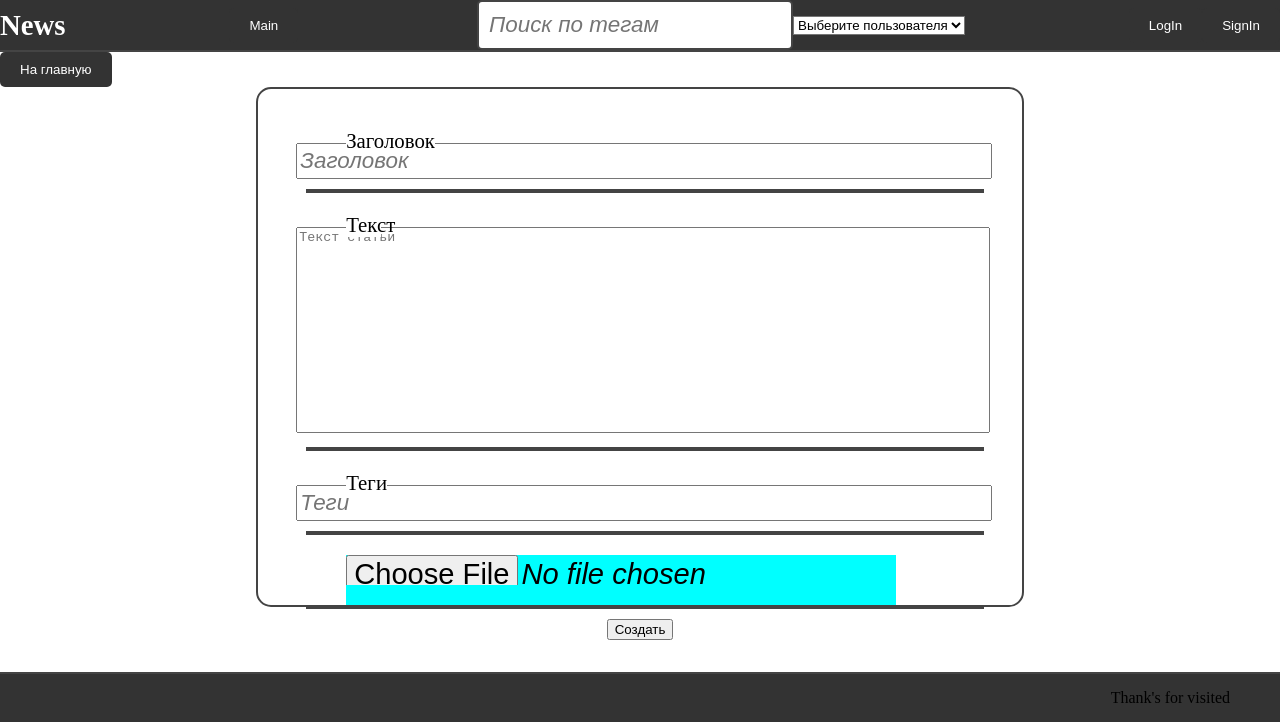
Repository: Igor-Blazhko/news_frontend
Page: /CreatePost
The author's editor kept a copy of each file at every save. The page is drawn from the files as they stood at one save, then again after the next save.
The browser window is 1280 px wide. The pictures show the whole page.
The project was rebuilt for these pictures with package versions that can differ from the ones it lists, and the page was loaded fresh each time. Also part of the build but not shown: vite.config.ts, src/components/allPost/onePost/onePost.module.css, src/components/allPost/onePost/onePost.tsx, src/components/allPost/allPost.tsx, src/components/auth/logIn/login.module.css, src/components/auth/logIn/login.tsx, src/components/auth/register/register.tsx, src/components/pageOnePost/comments/comment.tsx and 2 more.

Above is the page before, as saved 2024-07-15 16:47:37.

### src/App.tsx
import Header from './components/header/header'
import AllPost from './components/allPost/allPost'
import Footer from './components/footer/footer'
import LogIn from './components/auth/logIn/login'
import { Page } from './types'
import SignIn from './components/auth/register/register'
import { BrowserRouter, Route, Routes } from 'react-router-dom'
import OnePost from './components/pageOnePost/OnePost'
import { Provider } from 'react-redux'
import { store } from './store'
import { QueryClient, QueryClientProvider } from '@tanstack/react-query'
import CreatePost  from './components/createPost/createPost'



const queryClient = new QueryClient();

function App() {

  return (
    <Provider store={store}>
      <QueryClientProvider client={queryClient}>
        <BrowserRouter>
        <Header></Header>
          <Routes>
            <Route path="*" element ={ <AllPost/> }/>
            <Route path={Page.LogIn} element ={ <LogIn/> }/>
            <Route path={Page.SignIn} element ={ <SignIn/> }/>
            <Route path={Page.CreatePost} element ={ <CreatePost/> }/>
            <Route path={Page.OnePost+'/:id'} element ={ <OnePost/> }/>
          </Routes>
        <Footer></Footer>
        </BrowserRouter>
      </QueryClientProvider>
    </Provider>
  )
}

export default App

### src/index.css
body{
  margin: 0;
  padding: 0;
  width: 100vw;
  min-height: 100vh;
  overflow-x: hidden;
}

main{
  min-height: calc(100vh - 100px);
}

### src/components/header/header.tsx

import { Link } from 'react-router-dom';
import Button from '../simplyComponents/button/button';
import styles from './header.module.css'
import ButtonAuth  from './buttonAuth/buttonAuth';
import Filter from './filter/filter';


export default function Header() {
        return (
        <header className={styles.header}>
            <div className={styles.logo}>
                News
            </div>
            <nav>
                <Link to="">
                    <Button>Main</Button>
                </Link>
            </nav>
            <Filter/>
            <ButtonAuth/>
        </header>
    )
}

### src/components/footer/footer.tsx
import { Link } from 'react-router-dom'
import styles from './footer.module.css'
import { Page } from '../../types'
import Button from '../simplyComponents/button/button'
import { useSelector } from 'react-redux'
import { States } from '../../store'

export default function Footer(){
    const JWT = useSelector( (state:States) => state.JWT)
    return(
        <footer className={styles.footer}>
            {
            JWT &&
            <Link to={'/'+Page.CreatePost}>
                <Button>Создать пост</Button>
            </Link>
            }

            <div className={styles.text}>Thank's for visited</div>
        </footer>
    )
}

### src/types.ts
export const enum Page {
    LogIn = 'LogIn',
    SignIn = 'SignIn',
    AllPost = 'AllPost',
    OnePost = 'OnePost',
    CreatePost = 'CreatePost',
}

export class ObjectToken {
    private readonly access_token:string;
    constructor(access_token:string){
        this.access_token = access_token;
    }
}

export class HTTPExeption{
    private readonly response:string;
    private readonly status:number;
    private readonly message:string;
    private readonly name:string;
    constructor(response:string, status:number, message:string, name:string){
        this.response = response;
        this.status = status;
        this.message = message;
        this.name = name;
    }
}

### src/store.ts
import { createStore } from '@reduxjs/toolkit'
import cooks from './basefunction';

export interface States{
  tagfilter: string[],
  userfilter: number,
  JWT:string|undefined,
  location: string,
}

const defaultState:States = {
  tagfilter: [],
  userfilter: 0,
  JWT: cooks.getJWT(),
  location: '*',
}

type Action = {
  type:string,
  buffer?:string,
  userId?:number,
  JWT?:string,
}
const reducer = (state = defaultState, action:Action) => {
  switch (action.type){
    case 'Filter':
      if (( 'buffer' in action) && (action.buffer !== undefined)) {
        const arr = action.buffer.split(' ');
        state = {...state,
          tagfilter: arr,
        }
      }
      return state;
    case 'setUserFilter':
      if (( 'userId' in action) && (action.userId !== undefined)) {
        state = {...state,
          userfilter: action.userId,
        }
      }
      return state
    case 'SetJWT':
      if ( ('JWT' in action) && (action.JWT !== undefined) ){
        state = {...state,
          JWT: action.JWT,
        }
        cooks.LogIn(action.JWT)
      // document.cookie = `JWT_token=${action.JWT}`
      }
      return state;
    case 'DelJwt':
      state = {
        ...state,
        JWT:'',
      }
      cooks.LogOut()
      return state;
    case 'setLocation':
      state = {
        ...state,
        location: location.pathname,
      }
      return state;
    case 'dropLocation':
      state = {
        ...state,
        location: '*',
      }
      return state;
    default:
      return state;
  }
}

export const store = createStore(reducer)

### src/components/createPost/createPost.tsx
import { Link } from "react-router-dom";
import { Page } from "../../types";
import Button from "../simplyComponents/button/button";
import SERVER from "../../dataServer";
import styles from "./createPost.module.css"

export default function CreatePost(){

    return (
        <main>
            <Link to={'/'}>
                <Button>На главную</Button>
            </Link>
            <div>
                <form action={SERVER.POST.News.create} method="post" className={styles.form}>
                    <div className={styles.article}>
                        <label htmlFor="article" className={styles.article} >Заголовок</label>
                        <input type="text" name="article" maxLength={254} placeholder="Заголовок" className={styles.article}/>
                    </div>
                    <div className={styles.text}>
                        <div className={styles.label}>Текст</div>
                        <textarea name="text" placeholder="Текст статьи" className={styles.text}/>
                    </div>
                    <div className={styles.tags}>
                        <label htmlFor="tags" className={styles.tags}>Теги</label>
                        <input type="text" name="tags" placeholder="Теги"  className={styles.tags}/>
                    </div>
                    <div className={styles.file}>
                        <label htmlFor="file" className={styles.file}>
                            <input type="file" name="file" className={styles.file}/>
                        </label>
                    </div>
                    <button type="submit" className={styles.btn}>Создать</button>
                </form>
            </div>
        </main>

    )
}

### src/components/simplyComponents/button/button.tsx
import { MouseEventHandler, ReactNode } from 'react'
import styles from './button.module.css'
type Button = {
    text?:string,
    children?:ReactNode
    onClick?:MouseEventHandler<HTMLButtonElement>
}

export default function Button(props:Button){

    return(
        <button className={styles.button} onClick={props.onClick}>{props.children}</button>
    )
}

### src/components/header/header.module.css
header {
    background-color: #333;
    display: flex;
    justify-content: space-between;
    align-items: center;
    border-bottom: 2px solid #444;
    box-sizing: border-box;
    min-height: 50px;
}

.logo {
    font-size: 1.8em;
    font-weight: bold;
    color: #fff;
}



  .filter {
    display: flex;
    align-items: center;
  }

  .filter input,
  .filterselect {
    padding: 8px 10px;
    margin-left: 15px;
    border: 2px solid #444;
    border-radius: 5px;
    transition: border-color 0.3s ease;
  }

  .filter input:focus,
  .filter select:focus {
    border-color: #888;
  }

  .filter select {
    background-color: #fff;
}

### src/components/header/buttonAuth/buttonAuth.tsx
import { useDispatch, useSelector } from "react-redux"
import { States } from "../../../store"
import cooks from "../../../basefunction";
import Button from "../../simplyComponents/button/button";
import { Link } from "react-router-dom";
import { Page } from "../../../types";

export default function ButtonAuth(){

    const JWT = useSelector( (state:States) => state.JWT);
    const dispatch = useDispatch();

    function LogOut(){
        dispatch({
            type: 'DelJwt',
        })
    }

    return (
        <>
            {
                JWT?
                <div className="auth">
                    <Button onClick={LogOut}>LogOut</Button>
                </div>
                :
                <div className="auth">
                    <Link to={Page.LogIn}>
                        <Button>LogIn</Button>
                    </Link>
                    <Link to={Page.SignIn}>
                        <Button>SignIn</Button>
                    </Link>
                </div>
                }
        </>
    )
}

### src/components/header/filter/filter.tsx

import { useEffect, useState } from 'react'
import { User } from '../../pageOnePost/types/types'
import styles from '../header.module.css'
import { useDispatch } from 'react-redux'

export default function Filter(){
    const [users, setUsers] = useState([ {
        id: 1,
        name: 'igor',
        sername: 'Blazhko',
        login: 'user1',
    }])
    const [change, setChange] = useState(false)
    const dispatch = useDispatch()

    useEffect(() => {
        const users = [
            {
                id: 1,
                name: 'igor',
                sername: 'Blazhko',
                login: 'user1',
            },
            {
                id: 2,
                name: 'igor',
                sername: 'Tokin',
                login: 'user2',
            },
            {
                id: 3,
                name: 'igor',
                sername: 'Lankin',
                login: 'user3',
            },
        ];
        setUsers(users);
        // setLog(JWT)
    },[])

    function changeFilter(event:React.ChangeEvent<HTMLInputElement>){
        dispatch({
            type:'Filter',
            buffer: event.target.value,
        })
    }

    function changeUser(event) {
        dispatch({
            type:'setUserFilter',
            userId: +event.target.value,
        })
        if ( +event.target.value ) setChange(true)
        else setChange(false)
    }

    return (
            <div className={styles.filter}>
                <input type="text" placeholder="Поиск по тегам" onChange={changeFilter}/>
                <select onChange={changeUser} defaultValue="option0">
                    <option value="0">
                        { change? 'Cбросить фильтрацию': 'Выберите пользователя'}
                    </option>
                    {
                        users.map((user:User)=> <option key = {user.id} value={user.id}>{user.name} {user.sername}</option>)
                    }
                </select>
            </div>
    )
}

### src/components/allPost/allPost.module.css

main {
    display: flex;
    flex-direction: column;
    row-gap: 25px;
  }

### src/dataServer.ts


const SERVER = {
    base: 'http://192.168.3.37:5000/',
    POST: {
        register: 'http://127.0.0.1:5000/auth/registration',
        login: 'http://127.0.0.1:5000/auth/login',
        comments: {
            createCom: 'http://127.0.0.1:5000/comments',
        },
        News: {
            create: 'http://127.0.0.1:5000/news',
        }
    },
    GET: {
        allNews: 'http://127.0.0.1:5000/news',
        oneNews: 'http://127.0.0.1:5000/news?id=',
        getAllCommentByPostId: 'http://127.0.0.1:5000/comments?id=',
    }
}
export default SERVER;

### src/components/footer/footer.module.css
footer {
    width: 100vw;
    background-color: #333;
    min-height: 50px;
    border-top: 2px solid #444;
    display: flex;
    justify-content: flex-end;
    align-items: center;
    box-sizing: border-box;
}

.text{
    margin-right: 50px;
}

### src/components/pageOnePost/OnePost.module.css
main{
  display: block;
}
.post_content_full {
    display: flex;
    flex-direction: column;
    align-items: center;
    text-align: center;
    animation: slideIn 0.5s ease-in-out;
  }

  .post_image {
    width: 150px;
    height: 150px;
    margin-bottom: 20px;
  }

  .post_title_full {
    font-size: 2em;
    margin-bottom: 20px;
  }

  .post_text_full {
    font-size: 1.2em;
    margin-bottom: 40px;
  }

  .comments {
    background-color: #fff;
    padding: 20px;
    border: 1px solid #ccc;
    border-radius: 10px;
    margin-top: 20px;
  }



  .comments h3 {
    font-size: 1.5em;
    margin-bottom: 10px;
  }

  .comment {
    margin-bottom: 10px;
    padding: 10px;
    border: 1px solid #ccc;
    border-radius: 5px;
    background-color: #fafafa;
  }

  .comment p {
    font-size: 1.2em;
  }

  .comment_form {
    margin-top: 20px;
  }

  .comment_form textarea {
    width: 100%;
    padding: 10px;
    margin-bottom: 10px;
    border: 1px solid #ccc;
    border-radius: 5px;
    resize: vertical;
    transition: border-color 0.3s ease;
  }

  .comment_form textarea:focus {
    border-color: #888;
  }

  .comment_form button {
    padding: 10px;
    border: none;
    border-radius: 5px;
    background-color: #333;
    color: #fff;
    cursor: pointer;
    transition: background-color 0.3s ease, transform 0.3s ease;
  }

  .comment_form button:hover {
    background-color: #444;
    transform: translateY(-3px);
  }

### src/basefunction.ts
import { useDispatch } from "react-redux";

class Cookie {
    getCookie(name:string) {
        let matches = document.cookie.match(new RegExp(
          "(?:^|; )" + name.replace(/([\.$?*|{}\(\)\[\]\\\/\+^])/g, '\\$1') + "=([^;]*)"
        ));
        return matches ? decodeURIComponent(matches[1]) : undefined;
    }

    setCookie(name:string, value:string, options = {}) {

        options = {
          path: '/',
          // при необходимости добавьте другие значения по умолчанию
          ...options
        };

        if (options.expires instanceof Date) {
          options.expires = options.expires.toUTCString();
        }

        let updatedCookie = encodeURIComponent(name) + "=" + encodeURIComponent(value);

        for (let optionKey in options) {
          updatedCookie += "; " + optionKey;
          let optionValue = options[optionKey];
          if (optionValue !== true) {
            updatedCookie += "=" + optionValue;
          }
        }

        document.cookie = updatedCookie;
    }

    deleteCookie(name:string) {
        this.setCookie(name, "", {
          'max-age': -1
        })
    }

    getJWT(){
        return this.getCookie('JWT_token')
    }

    LogIn(token:string){
        this.setCookie('JWT_token', token, {
            'max-age': 3600
          } )
    }

    LogOut(){
        this.setCookie('JWT_token', '', {
            'max-age': 3600
          } )
    }
}
const cooks = new Cookie()
export default cooks

### src/components/createPost/createPost.module.css
.form {
    border: 2px solid #444;
    border-radius: 15px;
    width: 60%;
    height: calc(100vh - 200px);
    margin: 0 auto;
    display: flex;
    flex-direction: column;
    justify-content: space-between;
    align-items: center;
    padding: 30px 0 ;
    box-sizing: border-box;
}

form>div{
    width: 90%;
}

label, .label {
    position: relative;
    top: 10px;
    left: 50px;
    z-index: 2;
    background-color: white;
    font-size: 1.3em;
    transition: all 0.3s ease-in-out;
}
div:has(input:focus)>label{
    transition: all 0.2s  ease-in;
    top: 0;
}
textarea{
	resize: none;
    width: 100%;
    height: 200px;
}

.label {
    width: 5%;
}
div:has(textarea:focus) .label{
    top: 0;
}
input{
    width: 100%;
    height: 30px;
    font-size: 1.4em;
    font-style: italic;
    display: block;
}

form>div:after{
    display: block;
    width: 98%;
    background-color: #444;
    border: 2px solid #444;
    content: "";
    margin: 10px;
}

label.file{
    display: block;
    background-color: aqua;
    width: 80%;
    height: 50px;
}

input.file{
}

### src/components/simplyComponents/button/button.module.css
.button {
    padding: 10px 20px;
    background-color: #333;
    color: #fff;
    border: none;
    border-radius: 5px;
    cursor: pointer;
    transition: background-color 0.3s ease, transform 0.3s ease;
    text-decoration: none;
}

.button:hover {
    background-color: #444;
    transform: translateY(-3px);
}

Loaded but not shown: index.html (common file); src/main.tsx (common file)

After the next save:
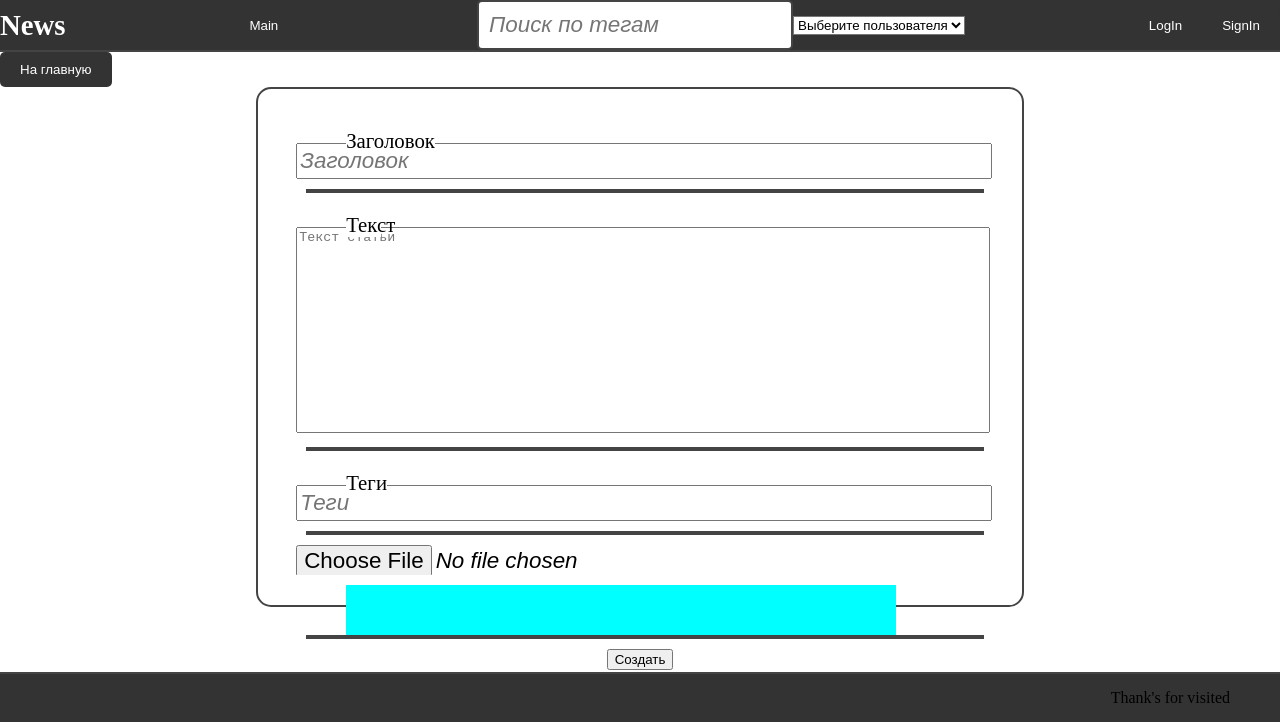
Saved 2 min 13 s later.
--- a/src/components/createPost/createPost.tsx
+++ b/src/components/createPost/createPost.tsx
@@ -26,8 +26,8 @@
                         <input type="text" name="tags" placeholder="Теги"  className={styles.tags}/>
                     </div>
                     <div className={styles.file}>
+                        <input type="file" name="file" className={styles.file}/>
                         <label htmlFor="file" className={styles.file}>
-                            <input type="file" name="file" className={styles.file}/>
                         </label>
                     </div>
                     <button type="submit" className={styles.btn}>Создать</button>

After the 3 saves that followed:
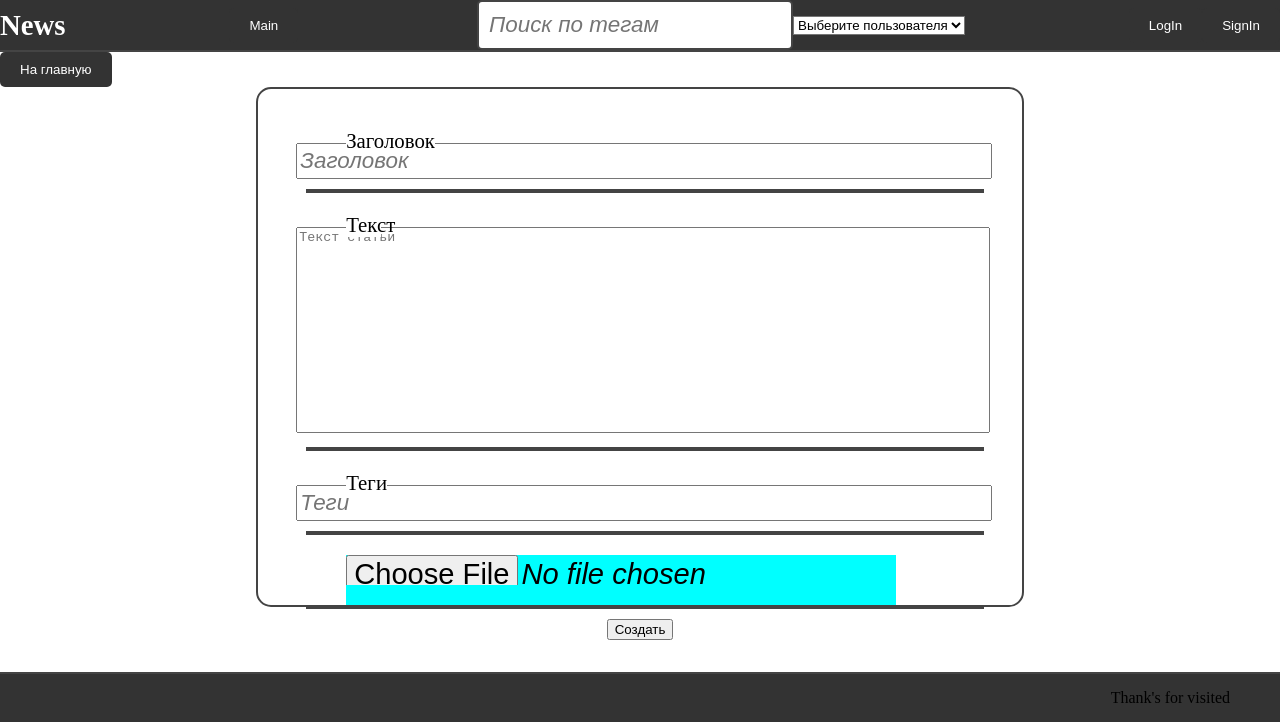
The 3 saves are shown as one change because 1 left the picture as it was and some came seconds apart.
The last was saved 40 s later.
--- a/src/components/createPost/createPost.tsx
+++ b/src/components/createPost/createPost.tsx
@@ -26,8 +26,8 @@
                         <input type="text" name="tags" placeholder="Теги"  className={styles.tags}/>
                     </div>
                     <div className={styles.file}>
-                        <input type="file" name="file" className={styles.file}/>
                         <label htmlFor="file" className={styles.file}>
+                            <input type="file" name="file" className={styles.file} hidden/>
                         </label>
                     </div>
                     <button type="submit" className={styles.btn}>Создать</button>
